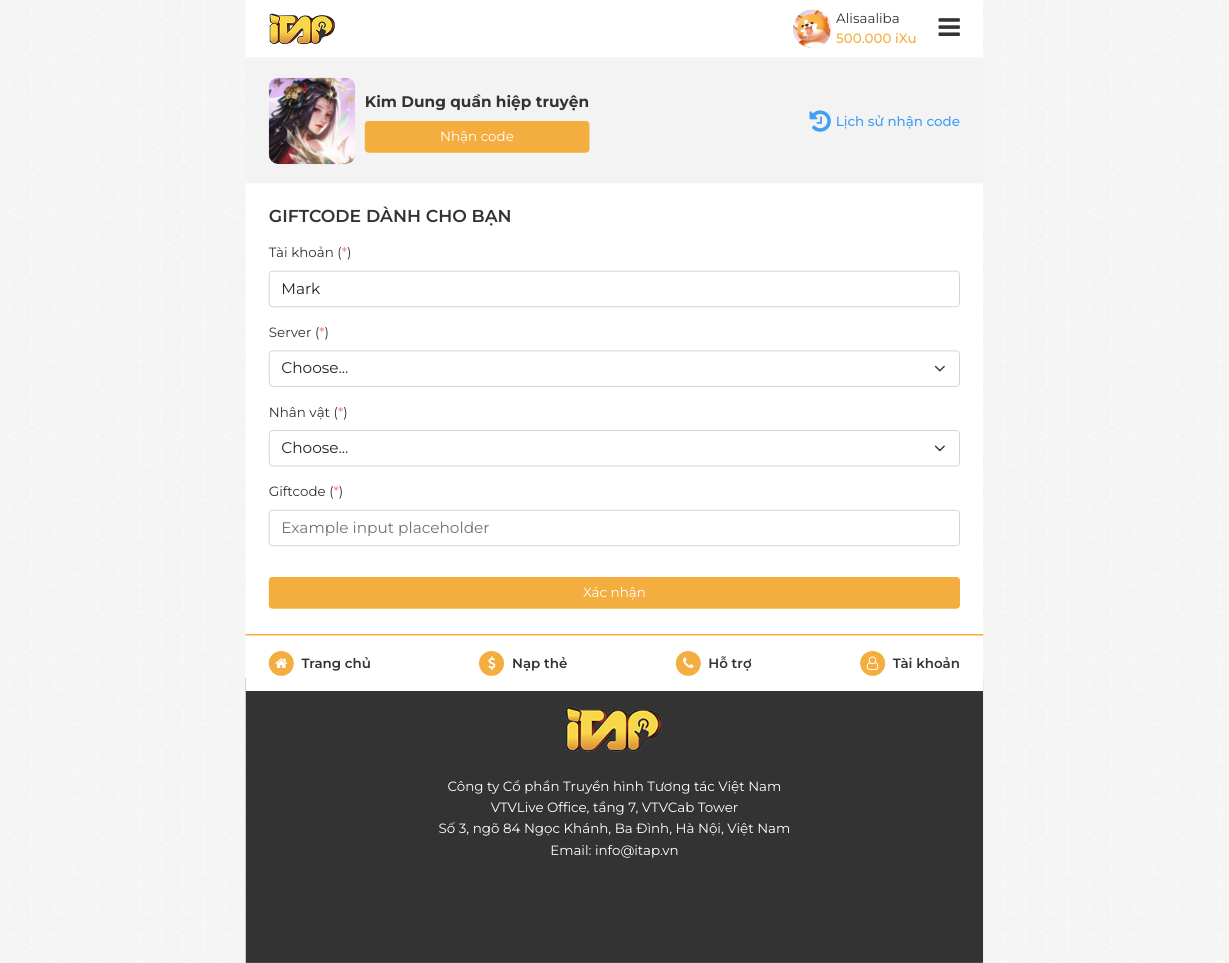
Repository: bastrxxx/portal
Page: giftcode-nhapcodean.html
The author's editor kept a copy of each file at every save. The page is drawn from the files as they stood at one save, then again after the next save.
The browser window is 1280 px wide. The pictures show the whole page, at 96% of full size.
Some web libraries are served in a nearby version. The style sheet was rebuilt from its Sass, Less or Tailwind sources for each picture, by a compiler version that may differ from the author's.

Above is the page before, as saved 2021-11-16 14:43:32.

After the next save:
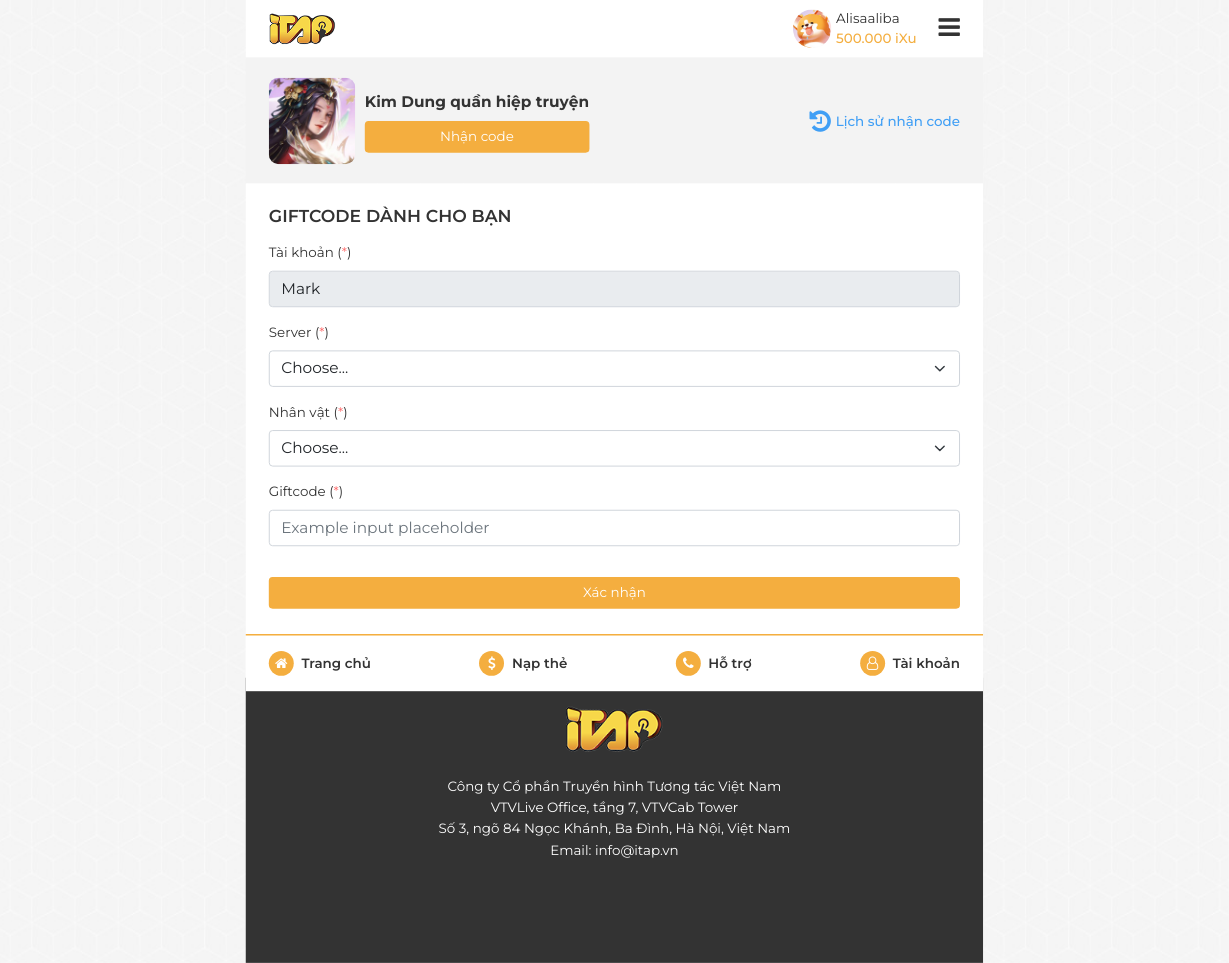
Saved 28 s later.
--- a/giftcode-nhapcodean.html
+++ b/giftcode-nhapcodean.html
@@ -113,10 +113,12 @@
 			<div class="container">
 				<h5 class="title-cate mb-3">Giftcode dành cho bạn</h5>
 				<form class="row needs-validation" novalidate>
-					<div class="mb-3">
-					  <label for="disabledTextInput" class="form-label">Tài khoản &#40;<span class="error">*</span>&#41;</label>
-					  <input type="text" class="form-control" id="disabledTextInput" value="Mark" required>
-					</div>
+					<fieldset disabled>
+						<div class="mb-3">
+						<label for="disabledTextInput" class="form-label">Tài khoản &#40;<span class="error">*</span>&#41;</label>
+						<input type="text" class="form-control" id="disabledTextInput" value="Mark" required>
+						</div>
+					</fieldset>
 					<div class="mb-3">
 					  <label for="validationCustom04" class="form-label">Server &#40;<span class="error">*</span>&#41;</label>
 					  <select class="form-select" id="validationCustom04" required>
